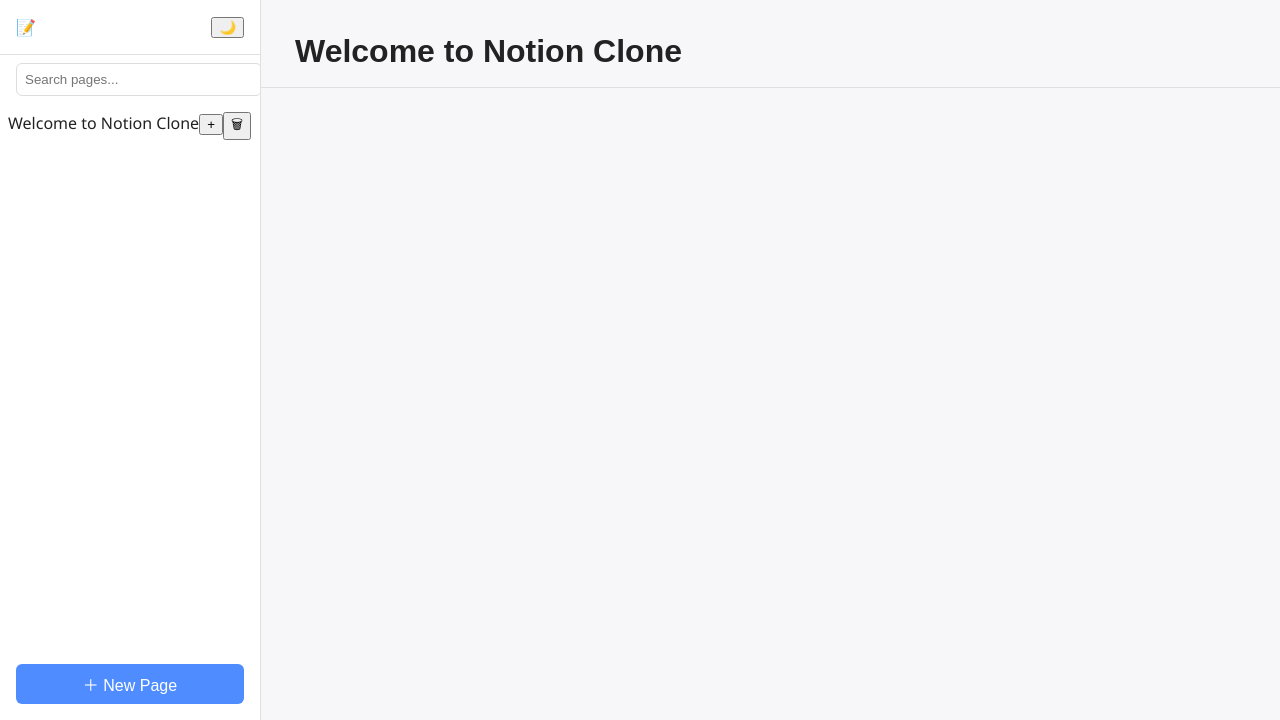
Repository: kirankumarwq/On-Time
Page: index.html
An editor plug-in stored every save of this project. The page is shown before and after the next save, followed by the edit.
The browser window is 1280 px wide. The pictures show the whole page.

Above is the page before, as saved 2025-06-09 16:40:07.

After the next save:
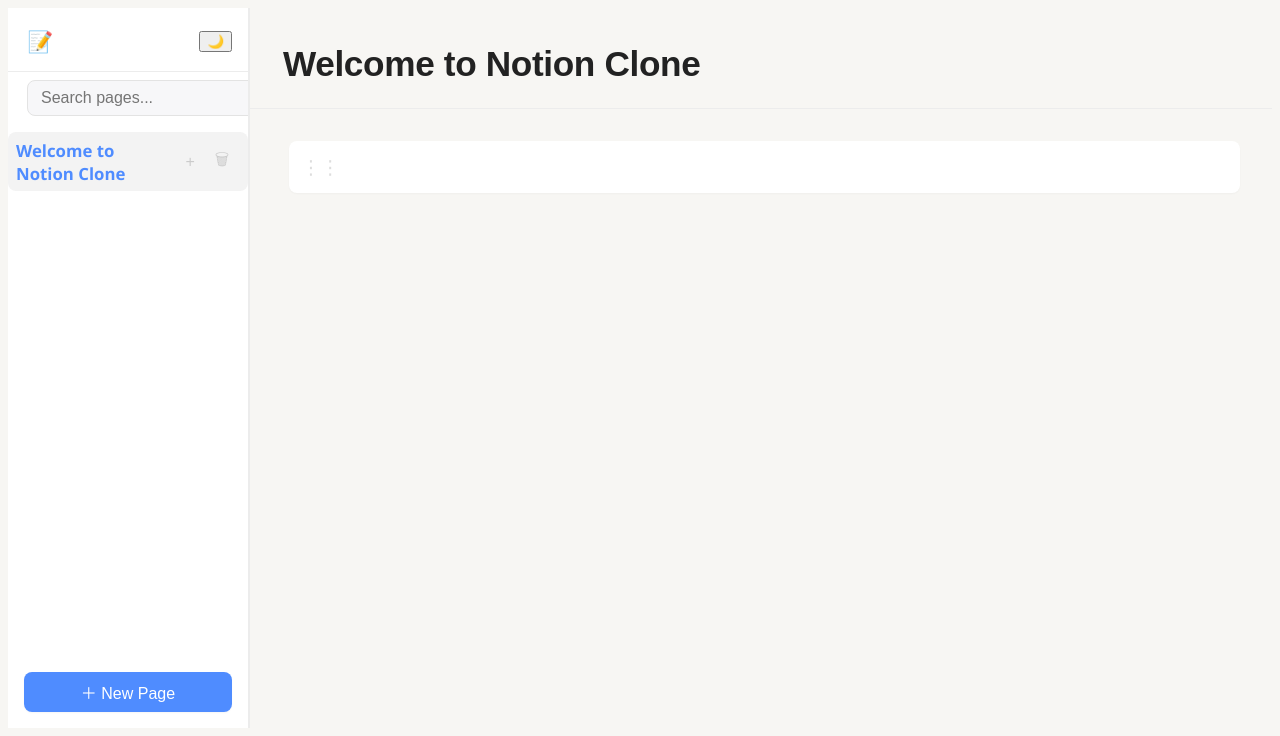
Saved 2 min 59 s later.
--- a/assets/styles.css
+++ b/assets/styles.css
@@ -1,16 +1,21 @@
 /* Notion Clone Styles */
 :root {
-  --sidebar-width: 260px;
+  --sidebar-width: 240px;
   --accent: #4f8cff;
-  --bg: #f7f7f9;
+  --bg: #f7f6f3;
   --bg-dark: #23272f;
   --text: #222;
   --text-dark: #f7f7f9;
-  --transition: 0.2s cubic-bezier(.4,0,.2,1);
+  --block-bg: #fff;
+  --block-hover: #f3f3f3;
+  --block-border: #e3e3e3;
+  --block-shadow: 0 1px 2px rgba(0,0,0,0.03);
+  --transition: 0.18s cubic-bezier(.4,0,.2,1);
+  --radius: 8px;
+  --font-main: 'Segoe UI', 'Inter', Arial, sans-serif;
 }
 body {
-  margin: 0;
-  font-family: 'Segoe UI', Arial, sans-serif;
+  font-family: var(--font-main);
   background: var(--bg);
   color: var(--text);
   transition: background var(--transition), color var(--transition);
@@ -26,47 +31,89 @@
 #sidebar {
   width: var(--sidebar-width);
   background: #fff;
-  border-right: 1px solid #e0e0e0;
+  border-right: 1px solid #ececec;
   display: flex;
   flex-direction: column;
   transition: width var(--transition);
   overflow-y: auto;
+  box-shadow: 1px 0 0 #ececec;
 }
 body.dark #sidebar {
   background: #23272f;
   border-color: #333;
+  box-shadow: 1px 0 0 #333;
 }
 .sidebar-header {
   display: flex;
   align-items: center;
   justify-content: space-between;
-  padding: 1rem;
-  border-bottom: 1px solid #e0e0e0;
+  padding: 1.2rem 1rem 1rem 1.2rem;
+  border-bottom: 1px solid #ececec;
+  font-size: 1.3rem;
+  font-weight: 600;
 }
 #sidebar-search {
-  padding: 0.5rem 1rem;
+  padding: 0.5rem 1rem 0.5rem 1.2rem;
 }
 #sidebar-search input {
   width: 100%;
-  padding: 0.5rem;
-  border-radius: 6px;
-  border: 1px solid #ddd;
+  padding: 0.5rem 0.8rem;
+  border-radius: var(--radius);
+  border: 1px solid #e3e3e3;
+  background: #f7f7f9;
+  font-size: 1rem;
 }
 #pages-list {
   flex: 1;
   overflow-y: auto;
   padding: 0.5rem 0;
 }
+.sidebar-page {
+  display: flex;
+  align-items: center;
+  gap: 0.3rem;
+  padding: 0.4rem 0.8rem 0.4rem 1.2rem;
+  border-radius: var(--radius);
+  cursor: pointer;
+  font-size: 1.05rem;
+  color: #444;
+  transition: background var(--transition), color var(--transition);
+  position: relative;
+}
+.sidebar-page.active {
+  background: var(--block-hover);
+  color: var(--accent);
+  font-weight: 600;
+}
+.sidebar-page:hover {
+  background: var(--block-hover);
+}
+.add-subpage-btn, .delete-page-btn {
+  background: none;
+  border: none;
+  color: #bbb;
+  font-size: 1rem;
+  margin-left: 0.2rem;
+  cursor: pointer;
+  opacity: 0.7;
+  transition: color var(--transition), opacity var(--transition);
+}
+.add-subpage-btn:hover, .delete-page-btn:hover {
+  color: var(--accent);
+  opacity: 1;
+}
 #add-page {
   margin: 1rem;
-  padding: 0.5rem;
+  padding: 0.5rem 0;
   background: var(--accent);
   color: #fff;
   border: none;
-  border-radius: 6px;
+  border-radius: var(--radius);
   cursor: pointer;
   font-size: 1rem;
+  font-weight: 500;
   transition: background var(--transition);
+  box-shadow: 0 1px 2px rgba(0,0,0,0.04);
 }
 #add-page:hover {
   background: #2563eb;
@@ -80,24 +127,57 @@
   overflow-y: auto;
 }
 #page-header {
-  padding: 2rem 2rem 1rem 2rem;
-  border-bottom: 1px solid #e0e0e0;
+  padding: 2.2rem 2rem 1.2rem 2rem;
+  border-bottom: 1px solid #ececec;
 }
 #page-title {
-  font-size: 2rem;
-  font-weight: 600;
+  font-size: 2.2rem;
+  font-weight: 700;
   border: none;
   background: transparent;
   width: 100%;
   outline: none;
   color: inherit;
+  letter-spacing: -0.01em;
+  margin-bottom: 0.2rem;
 }
 #blocks-container {
   flex: 1;
-  padding: 2rem;
+  padding: 2rem 2rem 2rem 2.5rem;
   display: flex;
   flex-direction: column;
-  gap: 0.5rem;
+  gap: 0.2rem;
+}
+.block {
+  background: var(--block-bg);
+  border-radius: var(--radius);
+  box-shadow: var(--block-shadow);
+  border: 1px solid transparent;
+  padding: 0.7rem 1.2rem 0.7rem 2.2rem;
+  margin-bottom: 0.2rem;
+  font-size: 1.1rem;
+  min-height: 1.6em;
+  outline: none;
+  position: relative;
+  transition: border var(--transition), background var(--transition);
+}
+.block:focus {
+  border: 1px solid var(--accent);
+  background: #f7faff;
+}
+.block:hover {
+  border: 1px solid #e3e3e3;
+  background: var(--block-hover);
+}
+.block::before {
+  content: '⋮⋮';
+  position: absolute;
+  left: 0.7rem;
+  top: 0.7rem;
+  color: #d0d0d0;
+  font-size: 1.1em;
+  opacity: 0.7;
+  pointer-events: none;
 }
 /* Toolbar, command menu, etc. */
 #block-toolbar, #command-menu {
